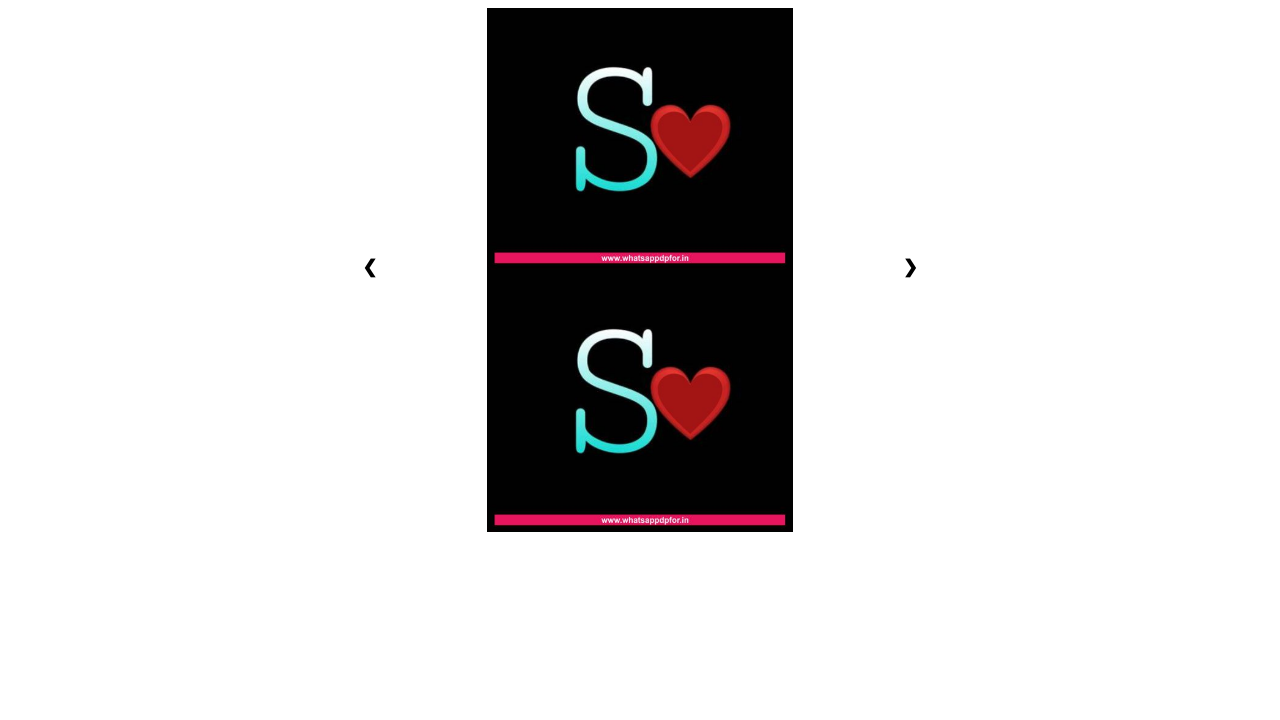
Repository: SAYYODTURINALIYEV/sassasa
Page: slider.html
These files come from the project's save history. The page is drawn as it stood at one moment and after the next save; the edit follows.
The browser window is 1280 px wide. The pictures show the whole page.

Above is the page before, as saved 2022-05-19 16:27:17.

### slider.html
<!DOCTYPE html>
<html lang="en">

<head>
    <meta charset="UTF-8">
    <meta http-equiv="X-UA-Compatible" content="IE=edge">
    <meta name="viewport" content="width=device-width, initial-scale=1.0">
    <title>Slider.uz</title>
    <link rel="stylesheet" href="slider.css">
</head>

<body>

    <div class="rasmlar">
        <div class="imageSlides fade">
            <img src="images/s1.jpg">
            <img src="images/s1.jpg">
        </div>

        <div class="imageSlides fade">
            <img src="images/s3.jpg">
        </div>
        <a class="slider-btn previous" onclick="setSlides(-1)">❮</a>
        <a class="slider-btn next" onclick="setSlides(1)">❯</a>
    </div>


    <script src="slider.js"></script>
</body>

</html>

### slider.css
.imageSlides {
    display: none
}

img {
    margin: auto;
    display: block;
    width: 50%;
}

.rasmlar {
    max-width: 612px;
    position: relative;
    margin: auto;
}

.slider-btn {
    cursor: pointer;
    position: absolute;
    top: 50%;
    width: auto;
    padding: 8px 16px;
    margin-top: -22px;
    color: rgb(0, 0, 0);
    font-weight: bold;
    font-size: 18px;
    transition: 0.6s ease;
    border-radius: 0 3px 3px 0;
    user-select: none;
    border-radius: 50%;
}

.previous {
    left: 2%;
}

.next {
    right: 2%;
}

### slider.js
var currentIndex = 1;
displaySlides(currentIndex);

function displaySlides(num) {
    var x;
    var slides = document.getElementsByClassName("imageSlides");
    if (num > slides.length) { currentIndex = 1 }
    if (num < 1) { currentIndex = slides.length }
    for (x = 0; x < slides.length; x++) {
        slides[x].style.display = "none";
    }
    slides[currentIndex - 1].style.display = "block";
}

function setSlides(num) {
    displaySlides(currentIndex += num);
}

After the next save:
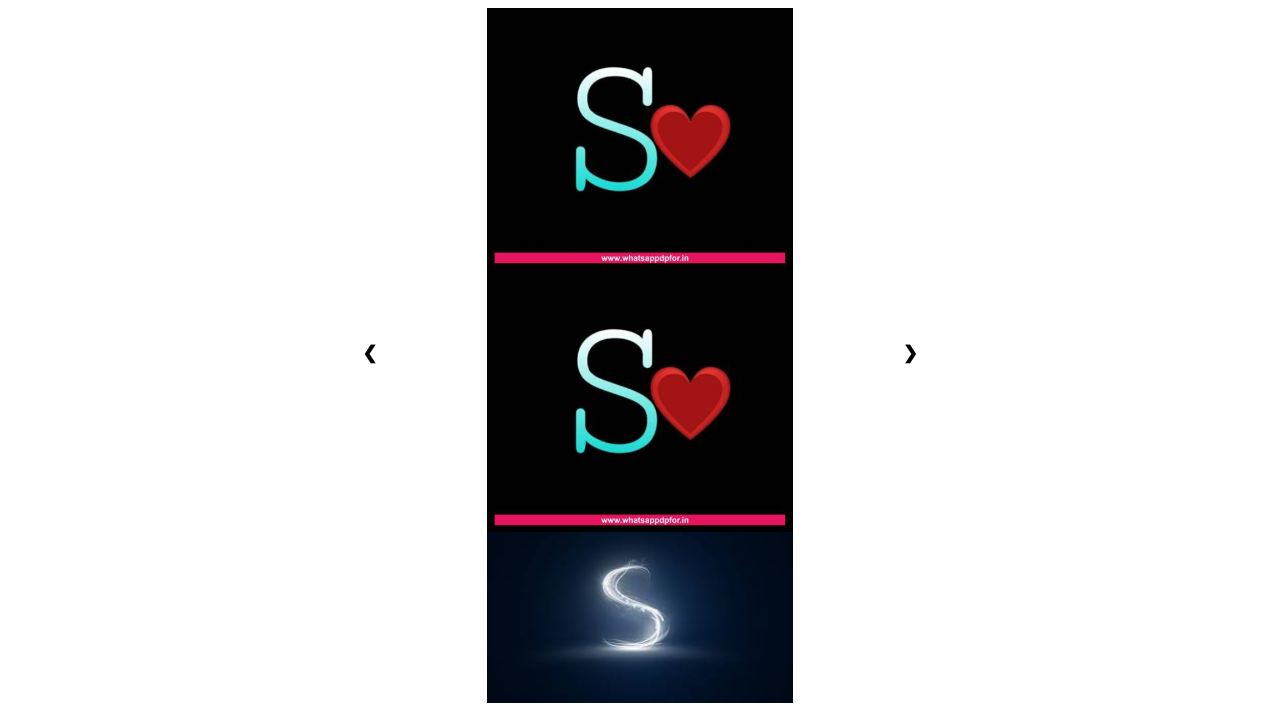
Saved 10 s later.
--- a/slider.html
+++ b/slider.html
@@ -17,7 +17,7 @@
             <img src="images/s1.jpg">
         </div>
 
-        <div class="imageSlides fade">
+        <div class="rasmlar fade">
             <img src="images/s3.jpg">
         </div>
         <a class="slider-btn previous" onclick="setSlides(-1)">❮</a>

After the save that followed:
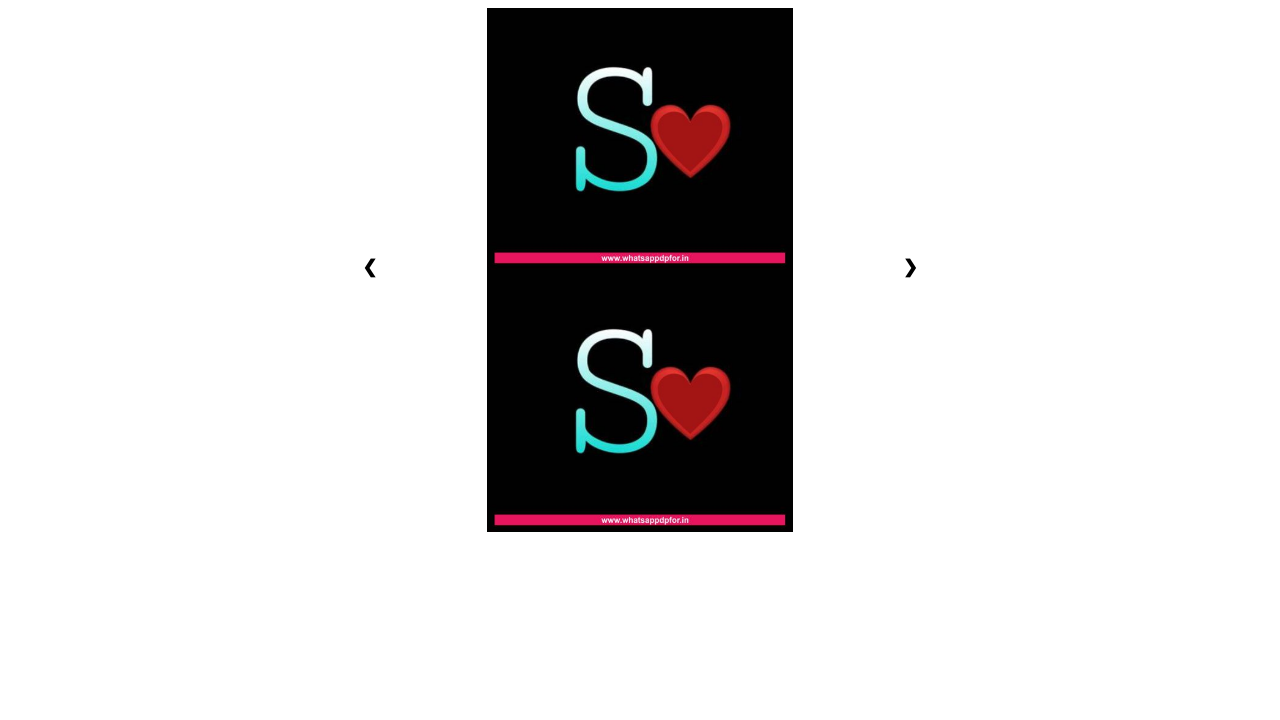
Saved 12 s later.
--- a/slider.html
+++ b/slider.html
@@ -17,7 +17,7 @@
             <img src="images/s1.jpg">
         </div>
 
-        <div class="rasmlar fade">
+        <div class="imageSlides fade">
             <img src="images/s3.jpg">
         </div>
         <a class="slider-btn previous" onclick="setSlides(-1)">❮</a>
